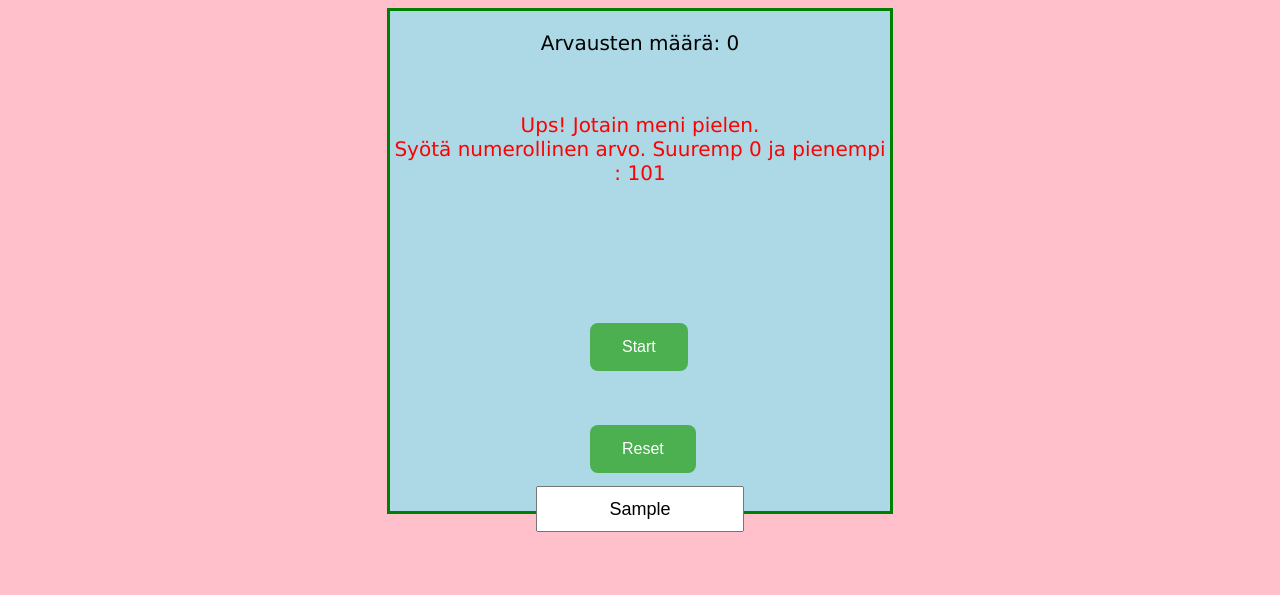
Repository: VadimZubchenko/numeronarvouspeli_JS
Page: public/index.html
These files come from the project's save history. The page is drawn as it stood at one moment and after the next save; the edit follows.
The browser window is 1280 px wide. The pictures show the whole page.
Empty fields were first filled with sample values (such as "Sample", 5 or name@example.com).
After loading, the first visible `#startGame` was clicked once.

Above is the page before, as saved 2022-04-26 18:06:10.

### public/index.html
<!DOCTYPE html>
<html lang="en">
<head>
  <meta charset="UTF-8">
  <meta http-equiv="X-UA-Compatible" content="IE=edge">
  <meta name="viewport" content="width=device-width, initial-scale=1.0">
  <title>Numeroarvouspeli</title>
  <script src="script.js"></script>
  <link rel="stylesheet" href="mystyle.css">
</head>
<body>
  <div>
    <p id="maara" >Arvausten määrä: </p>
    <br>
    <p id="message" value="0"> Arvataan numeroa 1-100 väliltä </p>
    <br>
    <br>
    <br>
    <input type="text" id="numero" name="numero" onfocus="this.value='' "placeholder="Laita numerosi">
    <br>
    <br>
    <button id="startGame" onclick="startGame()">Start</button>
    <br>
    <br>
    <br>
    <br>
    <button id="resetGame" onclick="resetGame()">Reset</button>

  </div>
</body>
</html>

### public/script.js
let running = 0;
let firstStart = true;
let clientArvo = 0;
let lastMin = 0;
let lastMax = 101;
let kpl = 0;
let arvo = 0;

function arvoLask() {
  arvo = Math.floor(Math.random() * 100);
  console.log("Arvo :" + arvo);
}
if (firstStart) {
  arvoLask();
  firstStart = false;
}

function startGame() {
  let text = document.getElementById("message");
  text.style.color = "";
  document.body.style.backgroundColor = "";
  let clientArvo = document.getElementById("numero").value;
  //tarkistetaan syöty arvo onko numerollinen. jos on, sitten 'false'
  let checkNaN = isNaN(clientArvo);

  console.log("clientArvo: " + clientArvo);
  console.log("ei ole numero: " + checkNaN);

  if (lastMin < clientArvo && clientArvo < lastMax && !checkNaN) {
    if (clientArvo < arvo) {
      lastMin = clientArvo;
      document.getElementById("message").innerHTML =
        "Valitse luku suurempi kuin: " + clientArvo + ". <br>Yritä uudelleen!";
      kpl++;
    }
    if (clientArvo > arvo) {
      lastMax = clientArvo;
      document.getElementById("message").innerHTML =
        "Valitse luku pienempi kuin: " + clientArvo + ". <br>Yritä uudelleen!";
      kpl++;
    }
    if (clientArvo == arvo) {
      document.getElementById("message").innerHTML =
        "Arvosit oikein! " + arvo + ".";

      text.style.color = "red";
      document.body.style.backgroundColor = "yellow";
    }
  } else {
    document.getElementById("message").innerHTML =
      "Ups! Jotain meni pielen. <br>Syötä numerollinen arvo. Suuremp " +
      lastMin +
      " ja pienempi : " +
      lastMax;
    text.style.color = "red";
    document.body.style.backgroundColor = "pink";
  }
  document.getElementById("maara").innerHTML = "Arvausten määrä: " + kpl;
  console.log("min:" + lastMin);
  console.log("max: :" + lastMax);
}

function resetGame() {
  clientArvo = 0;
  lastMin = 0;
  lastMax = 101;
  kpl = 0;
  document.getElementById("numero").value = "";
  document.getElementById("maara").innerHTML = "Arvausten määrä: " + kpl;
  message = document.getElementById("message");
  document.getElementById("message").innerHTML = "Arva numero 1-100 väliltä";
  document.body.style.backgroundColor = "";
  message.style.color = "";
  arvoLask();
}

### public/mystyle.css



div{
  height: 500px;
  width: 500px;
  margin: auto;
  border: 3px solid green;
  background-color: lightblue;
}
input {
  height: 40px;
  width: 200px;
  color: black;
  text-align: center;
  font-size:large;

  position:relative;
  top: 50%;
  left: 50%;
  -ms-transform: translate(-50%, -50%);
  transform: translate(-50%, -50%);
}

button {

  left: 50%;
  background-color: #4CAF50; /* Green */
  border: none;
  color: white;
  padding: 15px 32px;
  text-align: center;
  text-decoration: none;
  display: inline-block;
  font-size: 16px;
  border-radius: 8px;
  margin-left: 40%;


}

p {
  font-family: verdana;
  font-size: 20px;
  color: black;
  text-align: center;
}

After the next save:
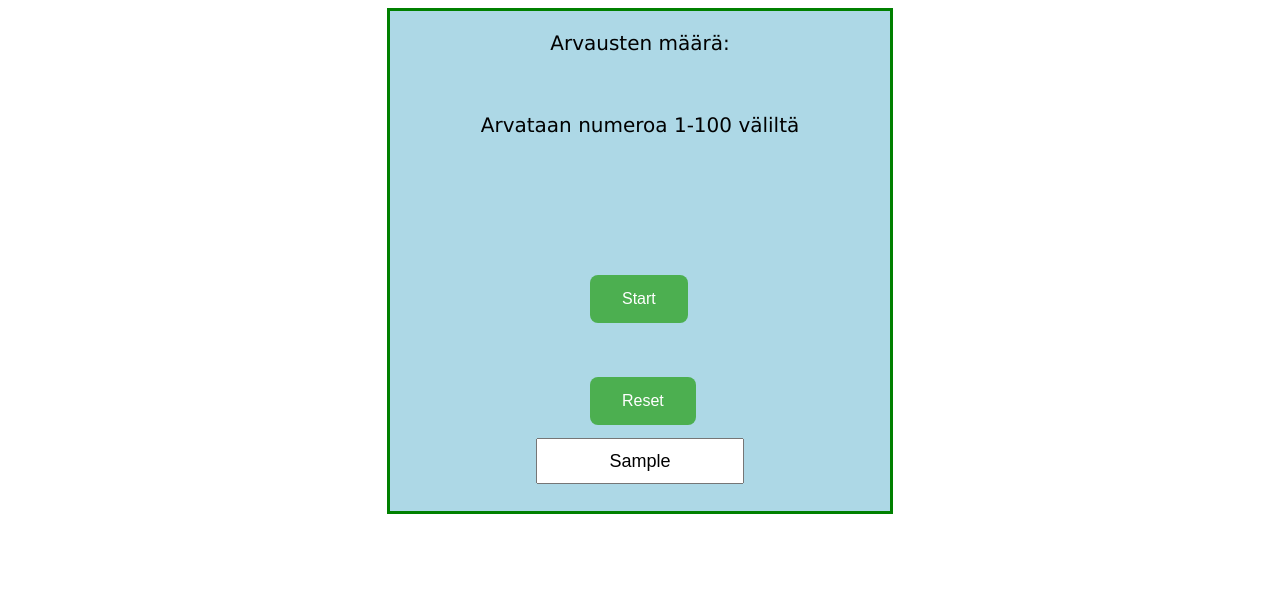
Console error: ReferenceError: br is not defined
Saved 47 s later.
--- a/public/script.js
+++ b/public/script.js
@@ -48,7 +48,9 @@
     }
   } else {
     document.getElementById("message").innerHTML =
-      "Ups! Jotain meni pielen. <br>Syötä numerollinen arvo. Suuremp " +
+      "Ups! Jotain meni pielen. <br>Syötä numerollinen arvo." +
+      br +
+      "Suuremp " +
       lastMin +
       " ja pienempi : " +
       lastMax;

After the save that followed:
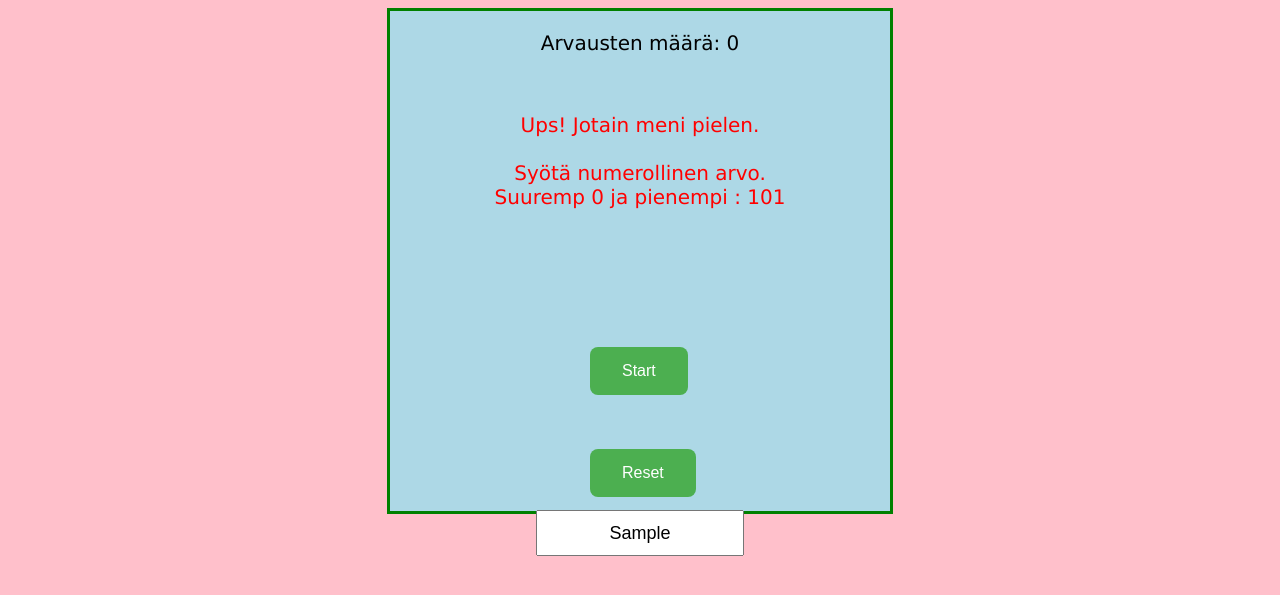
The error is gone.
Saved 103 s later.
--- a/public/script.js
+++ b/public/script.js
@@ -48,9 +48,7 @@
     }
   } else {
     document.getElementById("message").innerHTML =
-      "Ups! Jotain meni pielen. <br>Syötä numerollinen arvo." +
-      br +
-      "Suuremp " +
+      "Ups! Jotain meni pielen.<br></br> Syötä numerollinen arvo. <br> Suuremp " +
       lastMin +
       " ja pienempi : " +
       lastMax;
